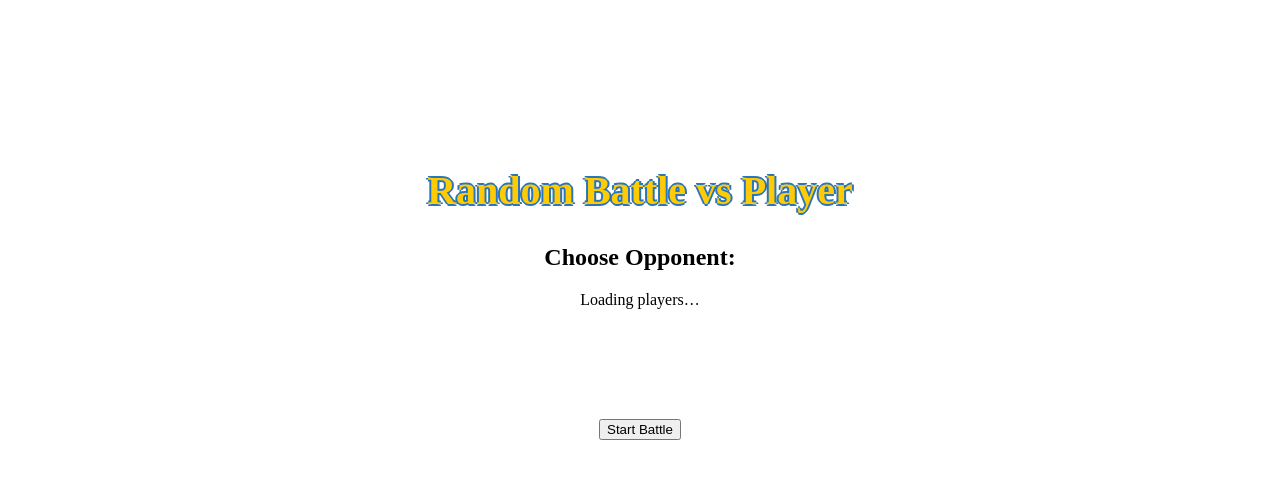
Repository: elavcoh/nodedemos
Page: Client/arena/random-vs-player.html
These files come from the project's save history. The page is drawn as it stood at one moment and after the next save; the edit follows.
The browser window is 1280 px wide. The pictures show the whole page.

Above is the page before, as saved 2025-07-30 14:13:43.
Console error: TypeError: Cannot set properties of null (setting 'onclick')

After the next save:
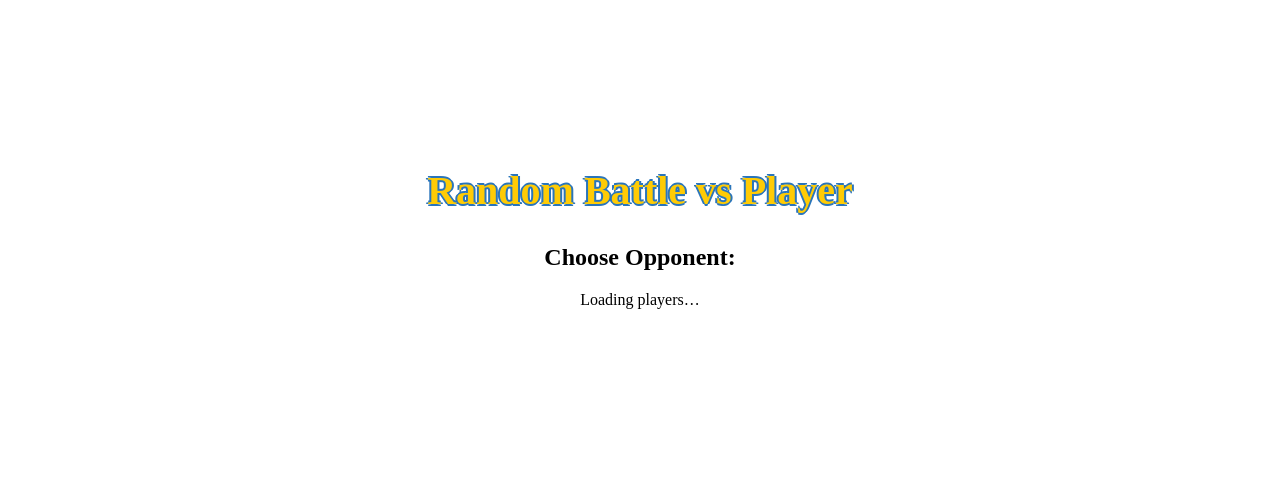
Saved 76 s later.
--- a/Client/arena/random-vs-player.html
+++ b/Client/arena/random-vs-player.html
@@ -10,18 +10,20 @@
   <div class="arena-container">
     <h1 class="arena-title">Random Battle vs Player</h1>
 
+    <!-- בחירת שחקן -->
     <div id="players-section">
       <h2>Choose Opponent:</h2>
       <div id="players-list" class="players-list">Loading players…</div>
     </div>
 
-    <div id="battle-section" class="battle-container">
+    <!-- הקרב -->
+    <div id="battle-section" class="battle-container" style="display:none;">
       <div id="timer"></div>
       <div id="battle-field"></div>
       <button id="start-battle-btn">Start Battle</button>
     </div>
   </div>
 
-  <script src="/arena/random-vs-player.js"></script>
+  <script src="/random-vs-player.js"></script>
 </body>
 </html>
